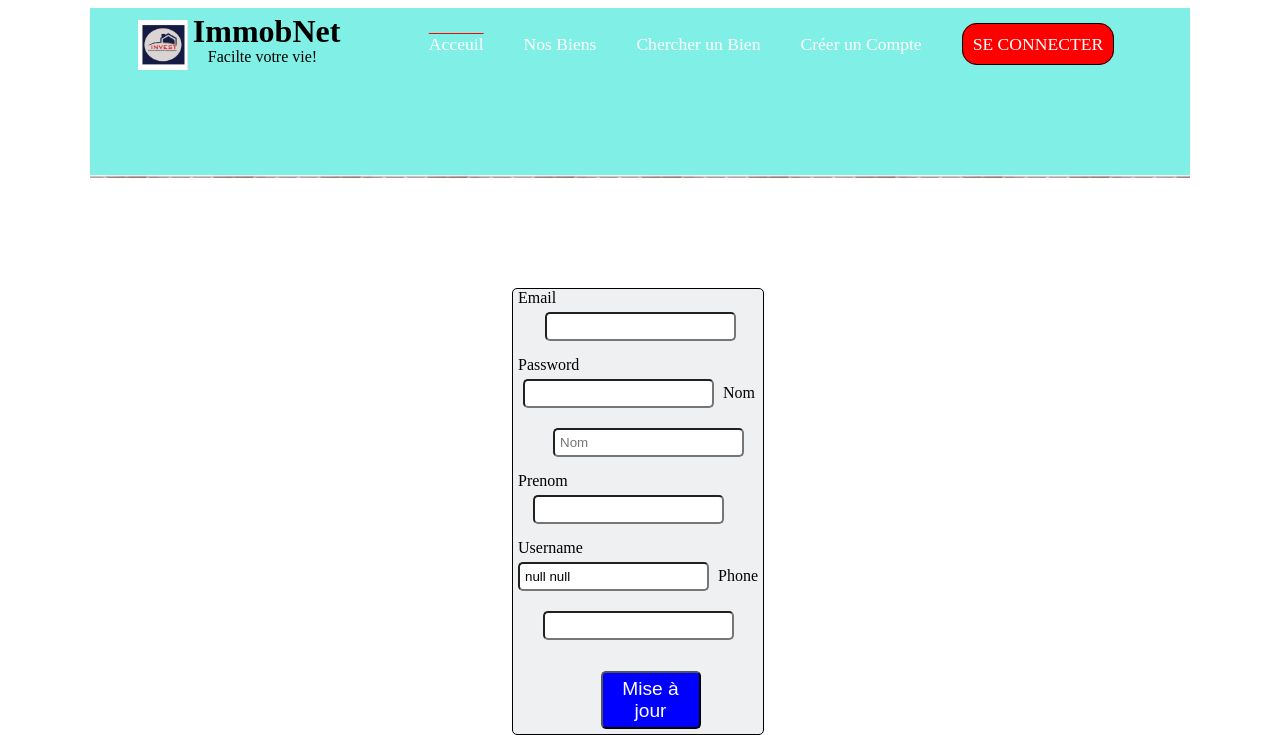
Repository: hassen-mnejja/Real_Estate_Agency_Website
Page: http://localhost/frontoffice/Personnel
These files come from the project's save history. The page is drawn as it stood at one moment and after the next save; the edit follows.
The browser window is 1280 px wide. The pictures show the whole page.
The page is served by Tomcat 9.

Above is the page before, as saved 2020-06-26 15:36:21.

After the next save:
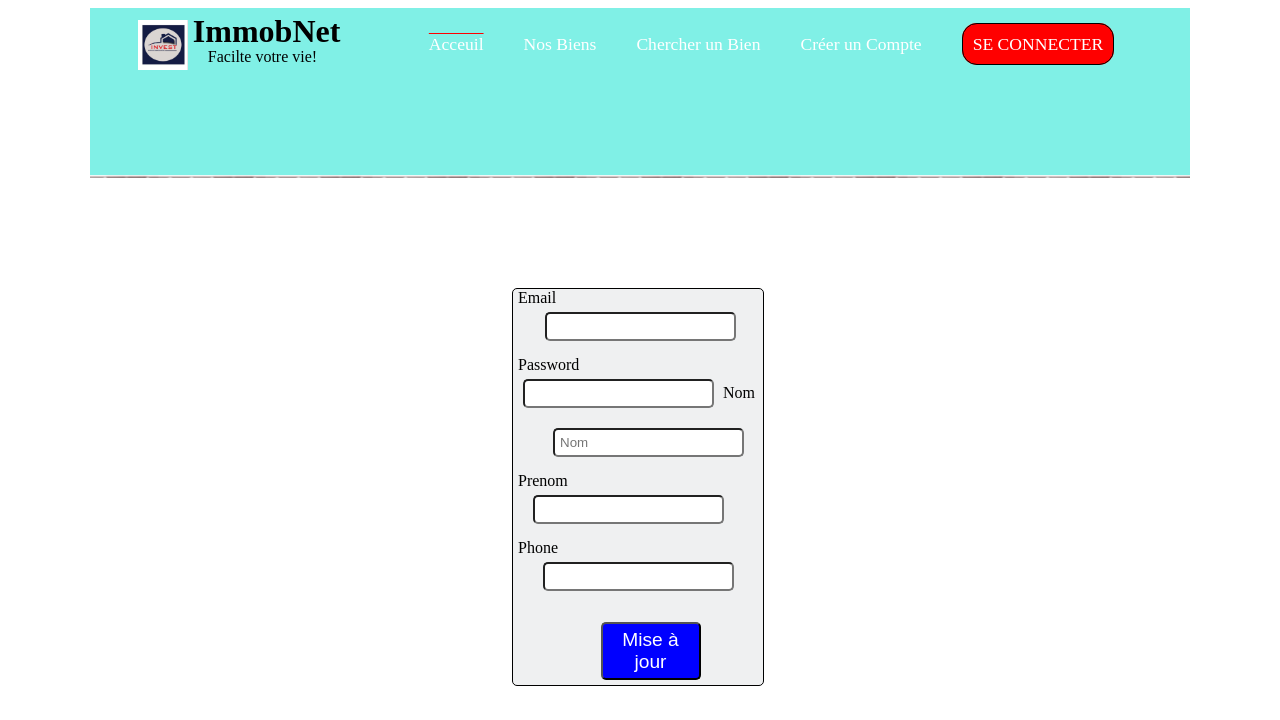
Saved 2 min 13 s later.
--- a/frontoffice/WebContent/WEB-INF/personnel.jsp
+++ b/frontoffice/WebContent/WEB-INF/personnel.jsp
@@ -64,8 +64,6 @@
     <input type="text" class="form-control" id="inputAddress2" placeholder="Nom" name="nom" value="${nom }" required>
     <label for="inputCity">Prenom</label>
     <input type="text" class="form-control" id="inputCity" name="prenom" value="${prenom }" required>
-    <label for="inputCity">Username</label>
-    <input type="text" class="form-control" id="inputCity1" name="user" value="${user }" required>
     <label for="inputZip">Phone</label>
     <input type="text" class="form-control" id="inputcity" name="num" value="${numtel}" required><br>
     <p>${message }</p>
